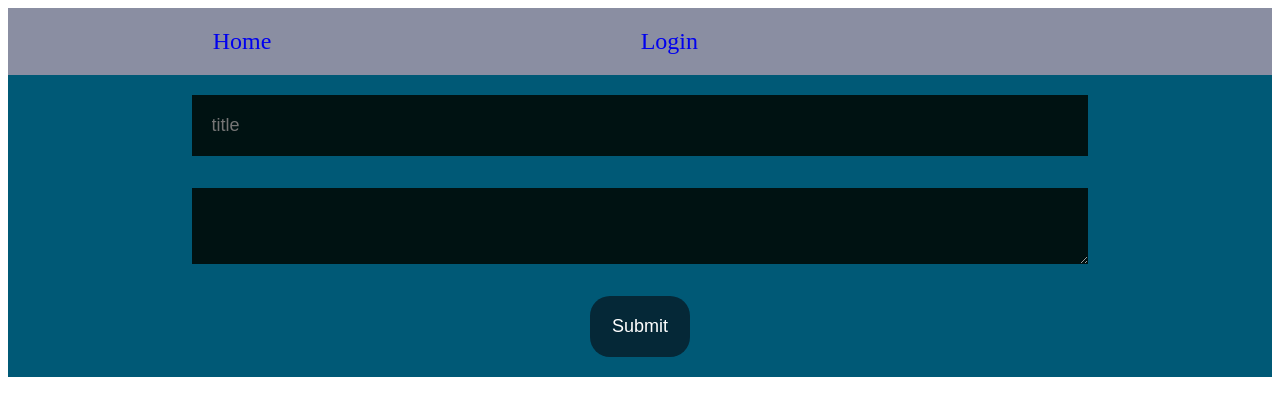
Repository: albinsabu2023/postapp
Page: /createpost
The author's editor kept a copy of each file at every save. The page is drawn from the files as they stood at one save, then again after the next save.
The browser window is 1280 px wide. The pictures show the whole page.
The project was rebuilt for these pictures with package versions that can differ from the ones it lists, and the page was loaded fresh each time. Also part of the build but not shown: src/Components/Home.tsx, src/Components/Login.tsx.

Above is the page before, as saved 2024-02-05 11:32:07.

After the next save:
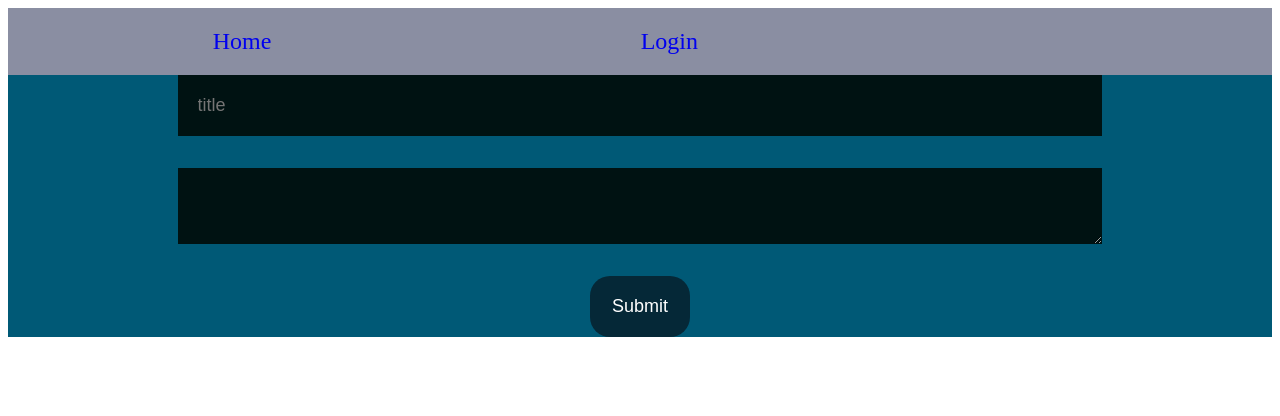
Saved 13 s later.
--- a/src/create-post/CreateForm.css
+++ b/src/create-post/CreateForm.css
@@ -1,7 +1,7 @@
 form{
     display: flex;
     flex-direction:column;
-    padding: 20px;
+
     background-color: rgb(0, 89, 118);
     align-items: center;
     justify-content: center;
@@ -14,6 +14,7 @@
     color: white;
     font-size: large;
     border: none;
+    padding: 20px;
 }
 form input,textarea:focus {
     outline:none

After the save that followed:
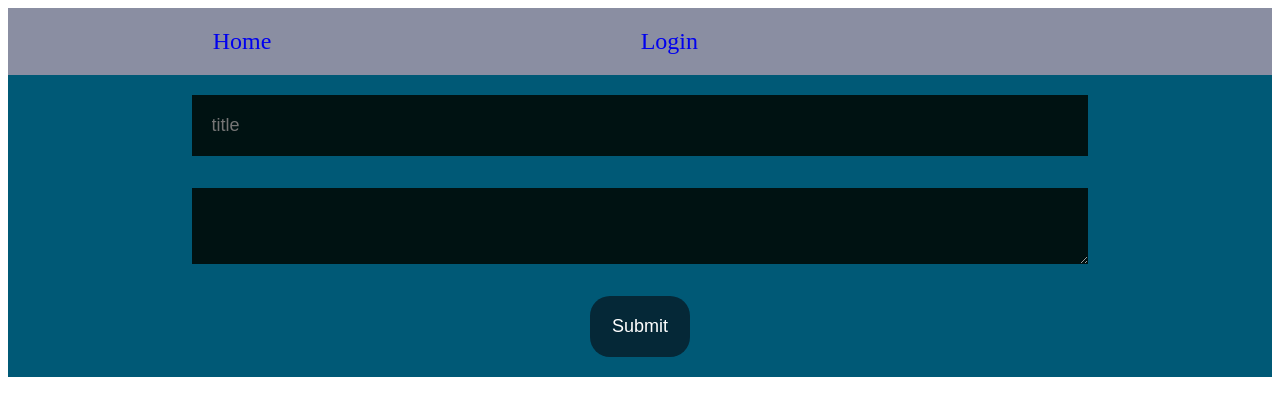
Saved 4 s later.
--- a/src/create-post/CreateForm.css
+++ b/src/create-post/CreateForm.css
@@ -1,7 +1,7 @@
 form{
     display: flex;
     flex-direction:column;
-
+    padding: 20px;
     background-color: rgb(0, 89, 118);
     align-items: center;
     justify-content: center;
@@ -14,7 +14,6 @@
     color: white;
     font-size: large;
     border: none;
-    padding: 20px;
 }
 form input,textarea:focus {
     outline:none
